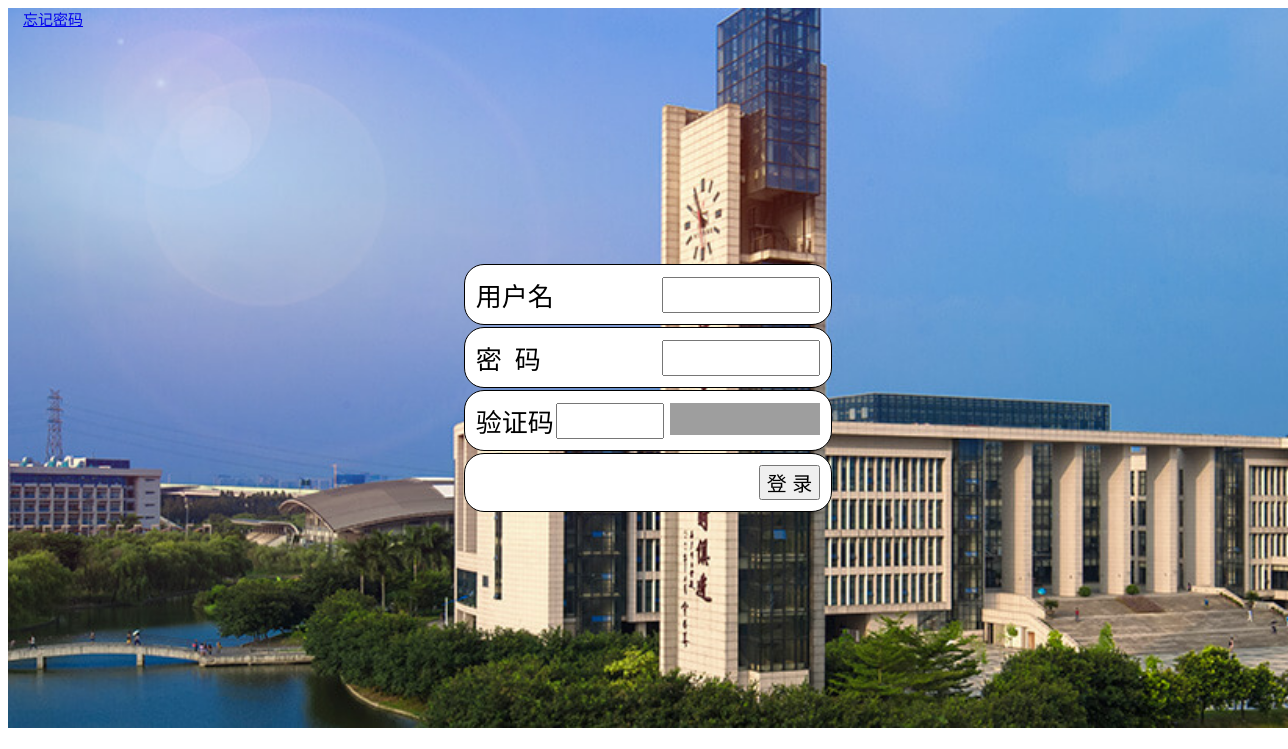
Repository: IAmJiangWenHao/ReportServer
Page: demo.html
The author's editor kept a copy of each file at every save. The page is drawn from the files as they stood at one save, then again after a run of saves.
The browser window is 1280 px wide. The page is 1288 px wide, so the pictures cover 1288 px, including what lies to the right of the window. The pictures show the whole page.
Pictures or frames that could not be fetched are drawn as grey boxes.

Above is the page before, as saved 2023-05-16 12:13:19.

After the next 2 saves:
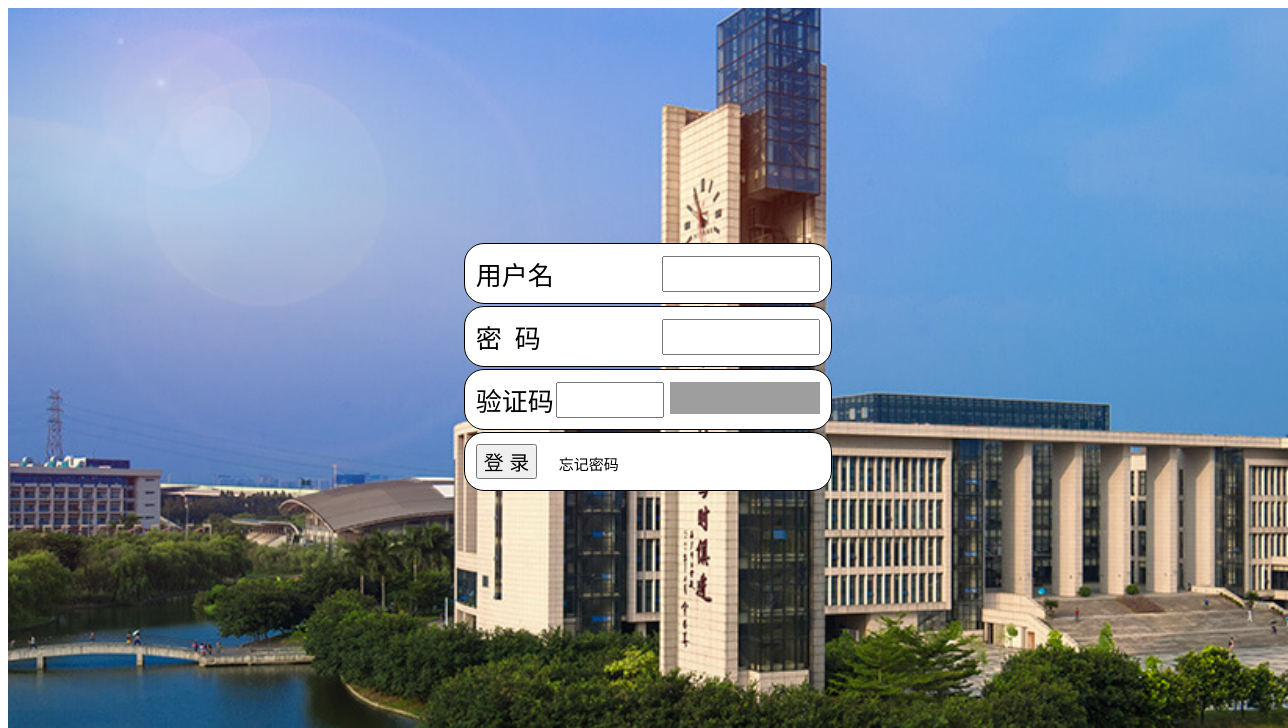
The 2 saves are shown as one change because they came seconds apart.
The last was saved 14 s later.
--- a/demo.html
+++ b/demo.html
@@ -111,11 +111,9 @@
           </td>
         </tr>
         <tr>
-          <td></td>
           <td><input style="font-size:20px;" type="submit" value="登&nbsp;录">
-
+            <font style="font-size:15px;">&nbsp;&nbsp;&nbsp;&nbsp;<a href="forgetPassword.jsp">忘记密码 </a> </font>
           </td>
-          <font style="font-size:15px;">&nbsp;&nbsp;&nbsp;&nbsp;<a href="forgetPassword.jsp">忘记密码 </a> </font>
         </tr>
       </table>
     </form>
